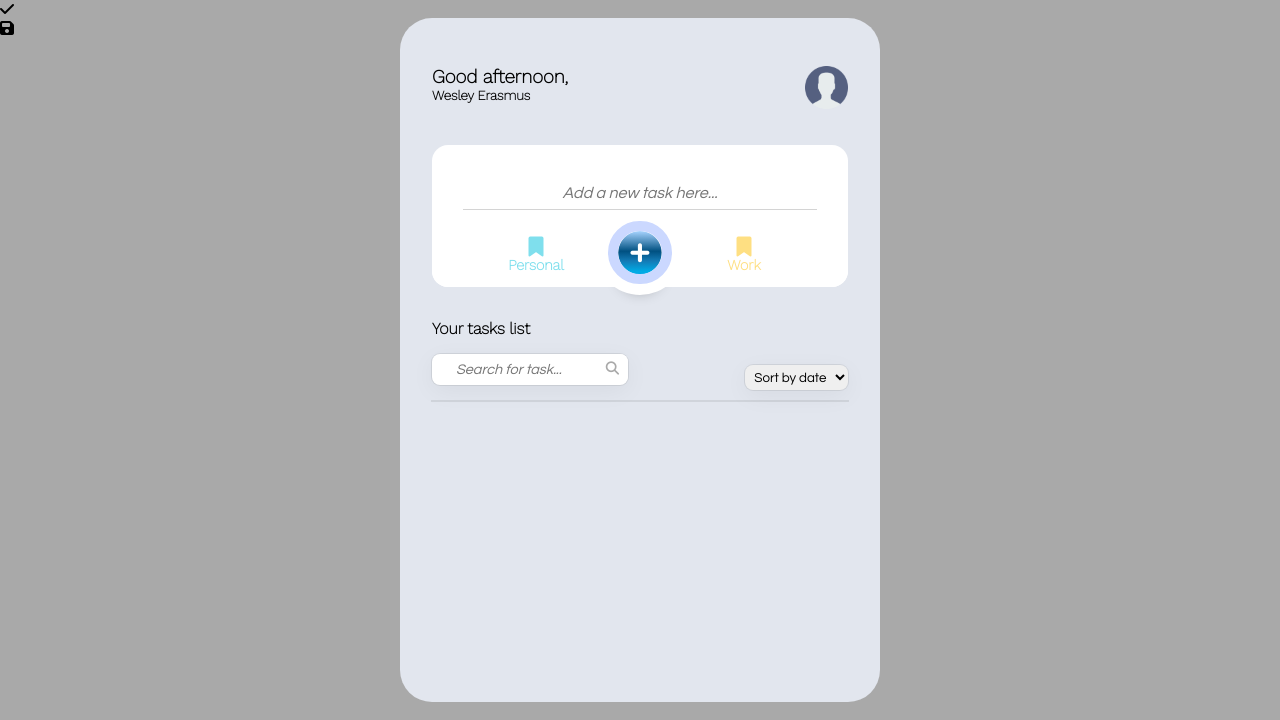
Repository: WesleyErasmus/Todo-App
Page: todoApp.html
The author's editor kept a copy of each file at every save. The page is drawn from the files as they stood at one save, then again after the next save.
The browser window is 1280 px wide. The pictures show the whole page.
Some web libraries are served in a nearby version.

Above is the page before, as saved 2022-06-13 14:00:56.

### todoApp.html
<!DOCTYPE html>
<html lang="en">
<head>
    <meta charset="UTF-8">
    <meta http-equiv="X-UA-Compatible" content="IE=edge">
    <meta name="viewport" content="width=device-width, initial-scale=1.0">
    <title>Todo App</title>
    <script src="https://kit.fontawesome.com/81ea498f91.js" crossorigin="anonymous"></script>
    <link rel="stylesheet" href="/source/css/todoApp.css">
    <script src="/source/script/todoApp.js" defer></script>
</head>
<body>
    <!-- App wrapper -->
    <main class="app-wrapper">
        <!-- App header -->
        <header>
            <!-- Greeting and Name -->
            <div>
                <h3>Good afternoon, </h3>
                <h5>Wesley Erasmus</h5>
            </div>
            <!-- Profile picture -->
            <div id="profile-picture">
                <img src="/images/user.png" alt="" style="width: 43px;">
            </div>
        </header>

        <!-- Categories section -->
        <section>
        <form id="todo-list-form">
            <div class="create-submit">
                <input type="text" name="create-task" id="create-task" placeholder="Add a new task here..." />
                <button id="add-task-btn" type="submit" value="create-new-task">
                    <i class="fa-solid fa-circle-plus"></i>
                </button>
                <div class="circle"></div>
            </div>


            <div class="category-selectors">
                <!-- Personal category (make to assign as default, unless user selects work category) -->
                <label id="personal-category-btn">
                    <input type="radio" name="category" value="Personal" id="personal-category" /><i class="fa-solid fa-bookmark"></i><h4 class="category-h4">Personal</h4>
                </label>
                <!-- Work category -->
                <label id="work-category-btn">
                    <input type="radio" name="category" value="Work" id="work-category" />
                    <i class="fa-solid fa-bookmark"></i>
                    <h4 class="category-h4">Work</h4>
                </label>
            </div>
            <!-- End of radio categories div -->
            <!-- <div class="create-submit">
            <input type="text" name="create-task" id="create-task" placeholder="Create a new task..." />
            <button id="add-task-btn" type="submit" value="create-new-task">
                <i class="fa-solid fa-circle-plus"></i>
            </button>
        </div>  -->
        </form>
        </section>

        <!-- Task list is created here, new tasks are outputted below -->
        <section class="todo-list-output">
            <div id="list-header">
            <div>Your tasks list</div>
            </div>
            <!-- SEARCH BAR -->
            <div id="search-filter-section">
                <form id="search-bar">
                <input type="text"
                id="search-bar"
                placeholder="Search for task...">
                <button type="submit"><i class="fa fa-search"
                id="search-submit-btn"></i></button>
                </form>
                <!-- Classic filter dropdown -->
                <div>
                    <select name="filter" id="filter">
                    <option value="Date">Sort by date</option>
                    <option value="Name">Sort by title</option>
                    </select>
                </div>

                </div>
            <!-- Actual task list output -->
            <div class="tasks" id="tasks">

                <!-- <div class="dummy-task">

                    <div class="task-name">
                        <input type="text"
                        class="text"
                        value="dummy task"
                        readonly>
                        <div class="edit-delete">
                            <button class="edit"><i class="fa-solid fa-pencil"></i></button>
                            <button class="delete"><i class="fa fa-trash" aria-hidden="true"></i></button>
                        </div>
                    </div>
                </div>

                <div class="dummy-task">

                    <div class="task-name">
                        <input type="text"
                        class="text"
                        value="dummy task"
                        readonly>
                        <div class="edit-delete">
                            <button class="edit"><i class="fa-solid fa-pencil"></i></button>
                            <button class="delete"><i class="fa fa-trash" aria-hidden="true"></i></button>
                        </div>
                    </div>
                </div>

                <div class="dummy-task">

                    <div class="task-name">
                        <input type="text"
                        class="text"
                        value="dummy task"
                        readonly>
                        <div class="edit-delete">
                            <button class="edit"><i class="fa-solid fa-pencil"></i></button>
                            <button class="delete"><i class="fa fa-trash" aria-hidden="true"></i></button>
                        </div>
                    </div>
                </div> -->

            </div>

        </section>

    </main> <!-- End of App wrapper -->
        <!-- Save icon and task complete icon -->
                <li><i class="fa-solid fa-check"></i></li>
                <li><i class="fa-solid fa-floppy-disk"></i></li>

</body>
</html>

### source/css/todoApp.css
@import url("https://fonts.googleapis.com/css2?family=Questrial&family=Work+Sans:wght@200&display=swap");

/* CSS Variables */
:root {
  --background-color: #fff;
  --personal: #7fdfed;
  --work: #fedf82;
  --placeholder-text: #444444bc;
  --delete: #ff5e5ee3;
  --grey: #a9a9a9;
  --dark-grey: #444444;

  /* Gradient */
  --primary-gradient: -webkit-linear-gradient(
    top,
    #a7d4ff 0%,
    #005081 47%,
    #147bb6 70%,
    #00abe5 94%,
    #02a8e4 100%
  );

  /* Box-shadow */
  --box-shadow: rgba(0, 0, 0, 0.05) 0px 6px 24px 0px,
    rgba(0, 0, 0, 0.08) 0px 0px 0px 1px;
  /* Text-shadow */
  --text-shadows: rgba(0, 0, 0, 0.24) 0px 3px 8px;
}

/* Universal selector styling */
* {
  font-family: "Work Sans", sans-serif;
  box-sizing: border-box;
  margin: 0;
  padding: 0;
  list-style: none;
}

/* Below removes input and checkbox default styling */
input:not([type="radio"]):not([type="checkbox"]),
button {
  appearance: none;
  border: none;
  outline: none;
  background: none;
  cursor: initial;
  font-family: "Questrial", sans-serif;
}

input[type="radio"] {
  display: none;
}

/* *** UNIVERSAL BUTTON STYLING *** */
button {
  appearance: none;
  border: none;
  outline: none;
  background: none;
  cursor: initial;
  cursor: pointer;
}

body {
  background-color: var(--grey);
}

main {
  background-color: #e2e6ee;
  padding-top: 2rem;
  border-radius: 2rem;
  padding-left: 2rem;
  padding-right: 2rem;
  flex: 1 1 0%;
  align-items: center;
  justify-content: center;
  max-width: 480px;
  height: 95vh;
  width: 100%;
  position: absolute;
  top: 50%;
  left: 50%;
  margin-right: -50%;
  transform: translate(-50%, -50%);
}

section {
  margin-top: 1rem;
  margin-bottom: 2rem;
}

label {
  cursor: pointer;
}

/* STYLING FOR SORT BUTTON */
select {
  font-family: "Questrial", sans-serif;
  margin-left: 0.3rem;
  padding: 0.3rem;
  border: none;
  outline: 0;
  border-radius: 0.5rem;
  cursor: pointer;
  box-shadow: var(--box-shadow);
}
option {
  font-family: "Questrial", sans-serif;
}
/* END OF STYLING FOR SORT BUTTON */

header {
  display: flex;
  justify-content: space-between;
  padding: 1rem 0rem 1rem 0rem;
  border-radius: 1rem;
}

#todo-list-form {
  background-color: var(--background-color);
  border-radius: 1rem;
  padding: 0;
  margin: 0;
}

#create-task {
  display: block;
  width: 85%;
  font-size: 1rem;
  text-align: center;
  padding: 2.5rem 0rem 0.5rem 0rem;
  padding-right: 0rem;
  background-color: var(--background-color);
  border: none;
  border-bottom: 0.1px solid #a9a9a97e;
}
::placeholder {
  color: var(--placeholder-text);
  font-style: italic;
}

#add-task-btn {
  z-index: 10;
  position: absolute;
  display: block;
  margin: 0 auto;
  bottom: -74px;
  color: #ffffff;
  background: var(--primary-gradient);
  -webkit-background-clip: text;
  -webkit-text-fill-color: transparent;
  /* border: 10px solid #9ab1fe5d; */
  border: 10px solid #cbd8ff;
  border-radius: 9999px;
}

.circle {
  z-index: -1;
  position: absolute;
  bottom: -130px;
  left: 50%;
  margin-right: -50%;
  transform: translate(-50%, -50%);
  width: 90px;
  height: 90px;
  background-color: #fff;
  border-bottom-left-radius: 100px;
  border-bottom-right-radius: 100px;
  border: none;
  box-shadow: rgba(0, 0, 0, 0.45) 0px 20px 15px -25px;
}

/* ADD TASK BUTTON SIZING */
.fa-circle-plus {
    /* Fix sizing! */
  /* font-size: 2.71rem; */
  font-size: 43.36px;
}

.create-submit {
  position: relative;
  display: flex;
  justify-content: center;
  align-items: center;
  text-align: center;
  margin-top: 0.5rem;
}

.create-task {
  text-align: center;
}

/* Work / personal category selector styling */
.category-selectors {
    display: flex;
    justify-content: center;
    align-items: center;
  }

  .category-selectors label {
    display: flex;
    flex-direction: column;
    justify-content: center;
    align-items: center;
    background-color: var(--background-color);
    padding: 0.75rem 2rem;
  }

  .fa-bookmark {
      font-size: 1.25rem;
  }

  #personal-category-btn {
    color: var(--personal);
    border-bottom-left-radius: 1rem;
  }

  #work-category-btn {
    color: var(--work);
    border-bottom-right-radius: 1rem;
  }

  #work-category-btn,
  #personal-category-btn {
    font-size: 0.9em;
    width: 100%;
    height: 65px;
    margin-top: 12px;
    border: none;
    outline: none;
    /* background-color: #02a8e4; */
    /* box-shadow: var(--box-shadow); */
  }

#list-header {
  width: 80%;
  display: flex;
  justify-content: space-between;
  margin-bottom: 1rem;
  font-weight: bold;
}

#search-filter-section {
  display: flex;
  margin: 0 auto;
  justify-content: space-between;
  margin-top: 1rem;
  text-align: center;
  align-items: center;
}

/* SEARCH BAR STYLING */
#search-bar {
  position: relative;
  display: flex;
  justify-content: center;
  align-items: center;
  width: 47%;
}

#search-bar input {
  display: block;
  width: 100%;
  font-size: 0.9rem;
  padding: 0.5rem 1.5rem;
  padding-right: 0rem;
  background-color: var(--background-color);
  border-radius: 0.5rem;
  margin-bottom: 1rem;
  box-shadow: var(--box-shadow);
}

#search-submit-btn {
  position: absolute;
  display: block;
  right: 0rem;
  top: 0;
  background-color: #fff;
  border-top-left-radius: 0.5rem;
  border-bottom-left-radius: 0.5rem;
  border-top-right-radius: 0.5rem;
  border-bottom-right-radius: 0.5rem;
  padding: 0.53rem;
  color: var(--grey);
}

#tasks {
  border-radius: 0.5rem;
  background-color: #fff;
  box-shadow: var(--box-shadow);
}

#tasks .task-name {
  display: flex;
  justify-content: space-between;
  background-color: var(--background-color);
  padding: 1.75rem;
  background-color: #fff;
  margin-bottom: 0rem;
  margin: 0 1rem;
  border-bottom: 0.01px solid rgba(229, 225, 225, 0.919);
}

.dummy-task .task-name {
  flex: 1 1 0%;
}

.dummy-task .task-name .text {
  color: var(--dark-grey);
  width: 100%;
  display: block;
  transition: 0.4s;
}

.dummy-task .edit-delete {
  display: flex;
  margin: 0 -0.5rem;
}

/* Edit button styling */

.fa-pencil {
  /* ADD COLOR */
}

.fa-trash {
  color: var(--delete);
}

.dummy-task .edit-delete button {
  cursor: pointer;
  margin: 0 0.5rem;
  font-size: 0.8rem;
  font-weight: 700;
  text-transform: uppercase;
  transition: 0.4s;
}

### source/script/todoApp.js
// *** FILTER BTN SCRIPT ***

/* When the user clicks on the button,
toggle between hiding and showing the dropdown content */
// function myFunction() {
//     document.getElementById("myDropdown").classList.toggle("show");
//   }

//   // Close the dropdown if the user clicks outside of it
//   window.onclick = function(event) {
//     if (!event.target.matches('.dropbtn')) {
//       var dropdowns = document.getElementsByClassName("dropdown-content");
//       var i;
//       for (i = 0; i < dropdowns.length; i++) {
//         var openDropdown = dropdowns[i];
//         if (openDropdown.classList.contains('show')) {
//           openDropdown.classList.remove('show');
//         }
//       }
//     }
//   }
//   *** END OF FILTER BUTTON ***

After the next save:
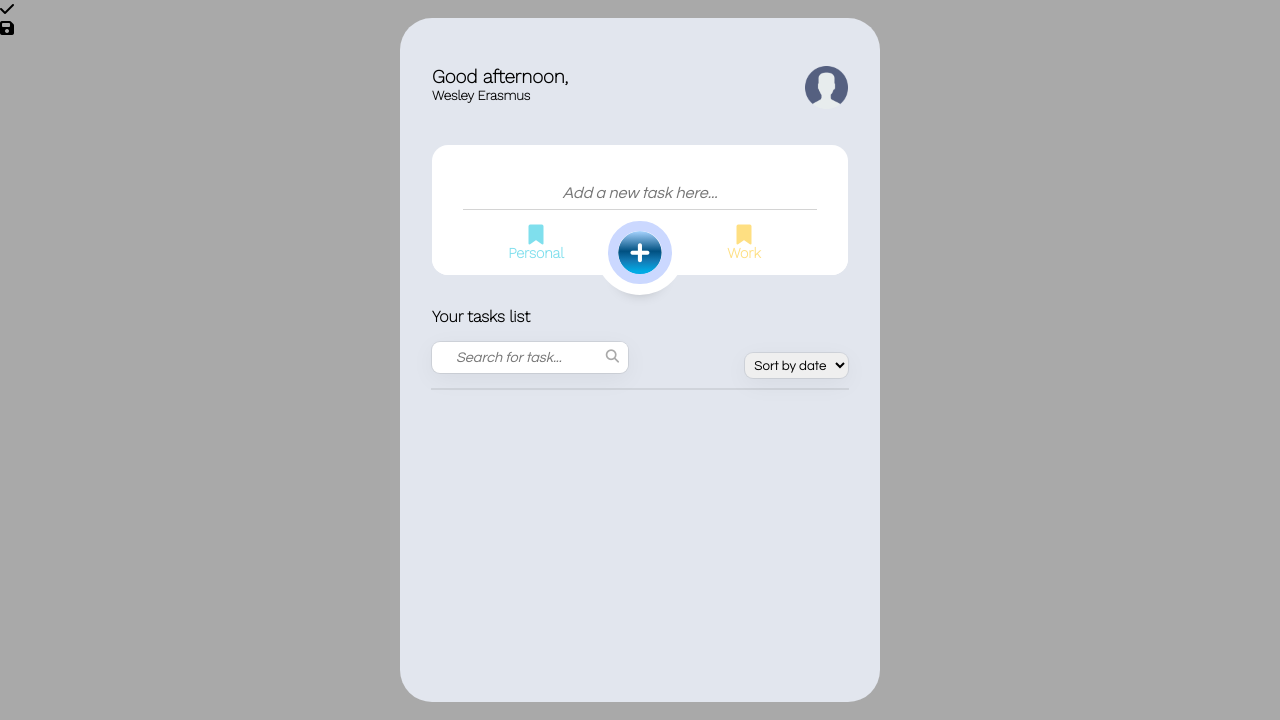
Saved 17 s later.
--- a/source/css/todoApp.css
+++ b/source/css/todoApp.css
@@ -225,7 +225,7 @@ header {
     font-size: 0.9em;
     width: 100%;
     height: 65px;
-    margin-top: 12px;
+    /* margin-top: 12px; */
     border: none;
     outline: none;
     /* background-color: #02a8e4; */

After the save that followed:
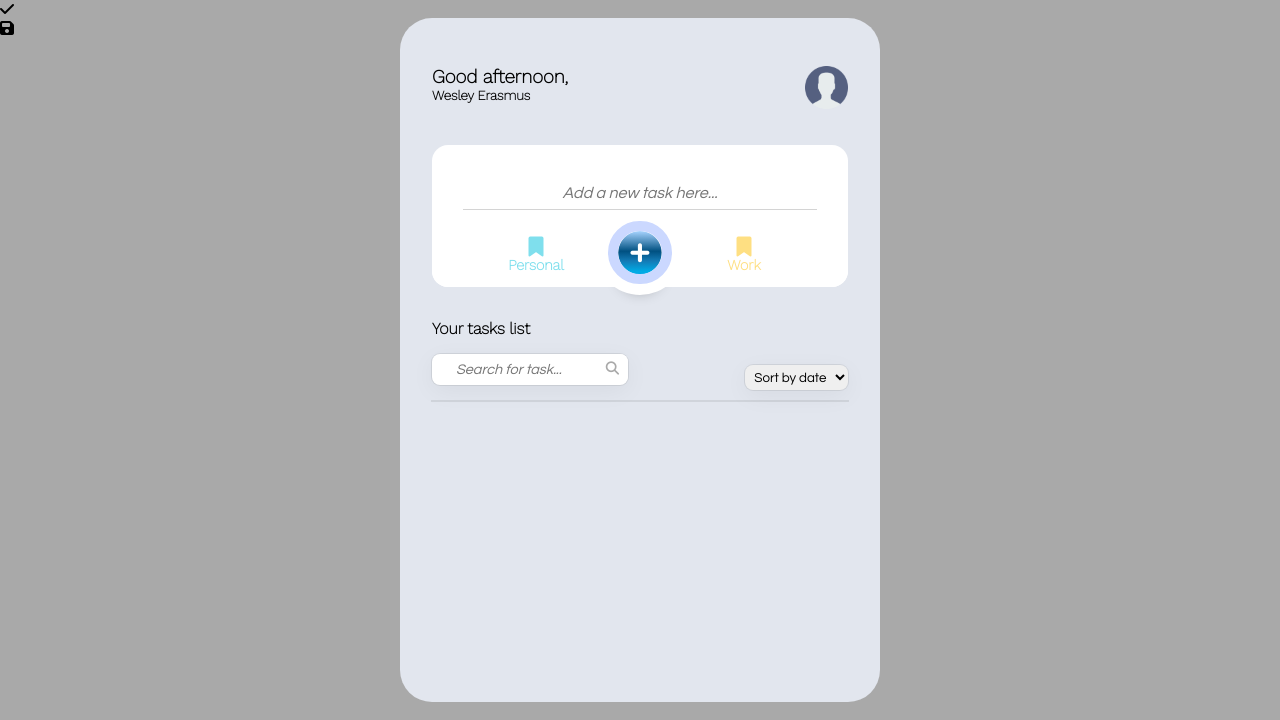
Saved 8 s later.
--- a/source/css/todoApp.css
+++ b/source/css/todoApp.css
@@ -225,7 +225,7 @@ header {
     font-size: 0.9em;
     width: 100%;
     height: 65px;
-    /* margin-top: 12px; */
+    margin-top: 12px;
     border: none;
     outline: none;
     /* background-color: #02a8e4; */
